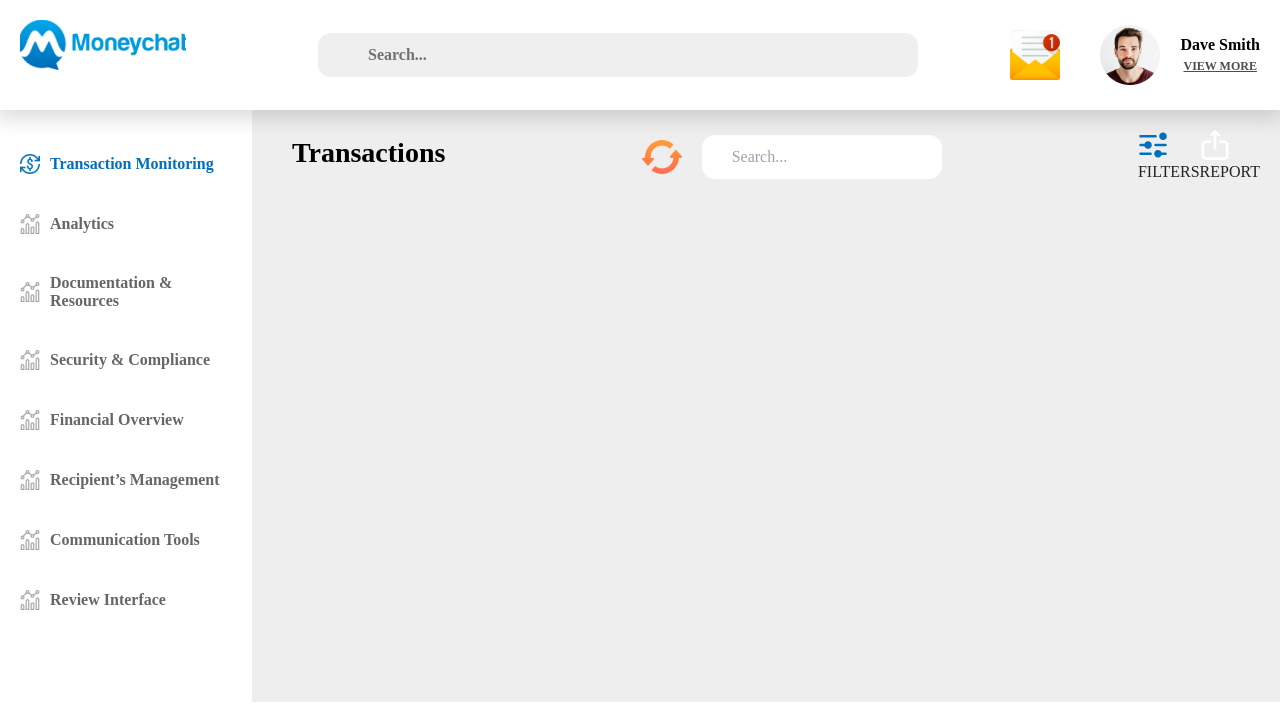
Repository: FlyweisReact/Money-Chat
Page: /transaction
These files come from the project's save history. The page is drawn as it stood at one moment and after the next save; the edit follows.
The browser window is 1280 px wide. The pictures show the whole page.
The project was rebuilt for these pictures with package versions that can differ from the ones it lists, and the page was loaded fresh each time. Also part of the build but not shown: src/forms/ForgetPassword.js, src/forms/Login.jsx, src/forms/NeedHelp.js, src/forms/Regestration.js, src/forms/Verify.js.

Above is the page before, as saved 2023-11-30 15:34:01.

After the next save:
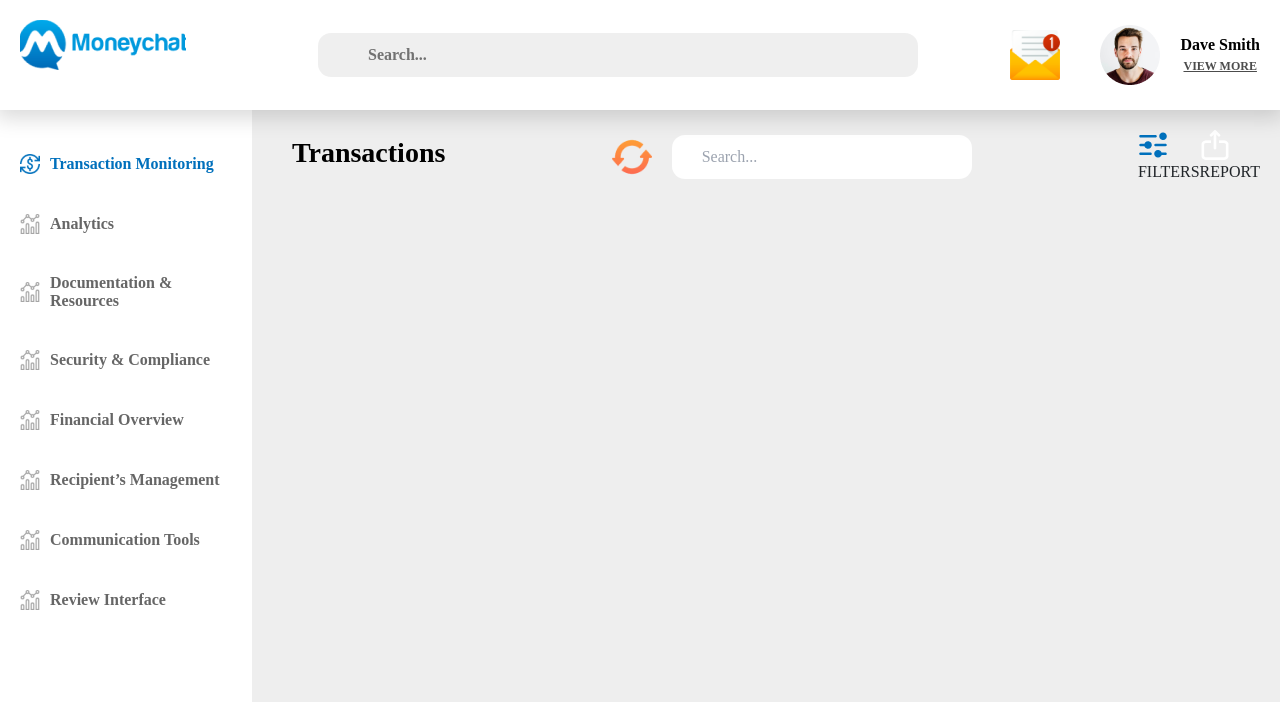
Saved 4 s later.
--- a/src/CSS/style.css
+++ b/src/CSS/style.css
@@ -485,5 +485,5 @@
   background-color: #fff;
   padding: 10px;
   border-radius: 13px;
-  width: 100%;
-}
+  width: 300px;
+}
